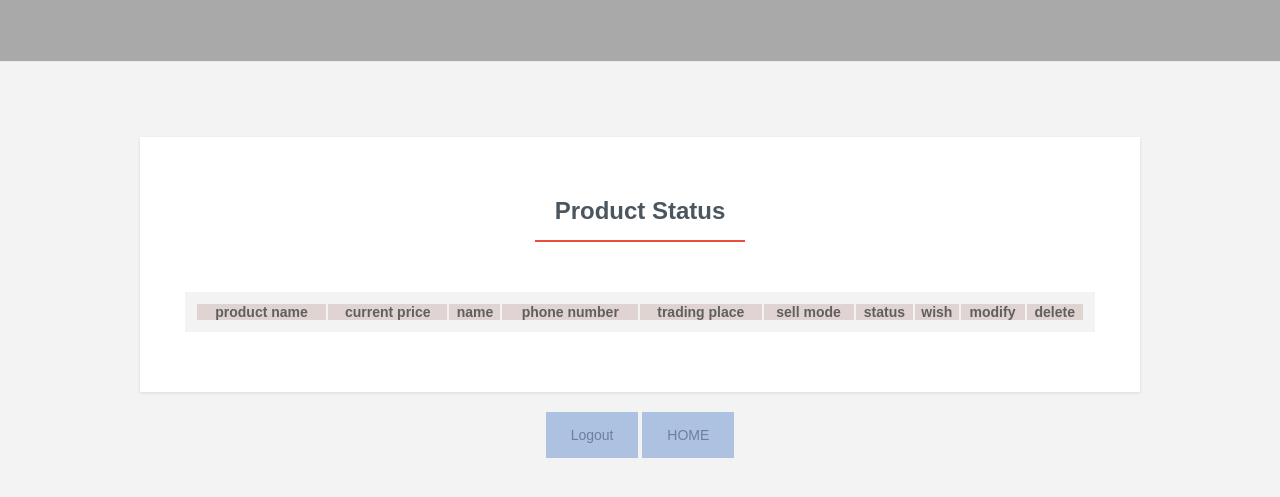
Repository: 0suh/SKKU_Web_project
Page: http://localhost/2018312257_YoungSuhChin_project/productstatus.jsp
These files come from the project's save history. The page is drawn as it stood at one moment and after the next save; the edit follows.
The browser window is 1280 px wide. The pictures show the whole page.
The page is served by Tomcat 9. Queries for data that is not in the repository find no rows.

Above is the page before, as saved 2020-12-21 15:16:10.

### FinalProject/2018312257_YoungSuhChin_project/WebContent/productstatus.jsp
<%@ page language="java" contentType="text/html; charset=utf-8"
    pageEncoding="utf-8"%>
<%@ page import="java.util.*" %>

<!DOCTYPE html>
<%@ page import = "java.sql.*" %>
<html>
<head>
<meta charset="utf-8">
<title>product status</title>
<link rel="stylesheet" href="css/main.css"> <!-- link with css file -->
<link rel="stylesheet" href="css/login-register.css"> <!-- link with css file -->
</head>
<body>
<ul>
<li></li>
</ul>

<div class="main-content">
<%
response.setContentType("text/html;charset=utf-8");
request.setCharacterEncoding("utf-8"); //set charset, encoding
Class.forName("com.mysql.cj.jdbc.Driver"); //load driver
Connection con=null; //declare connection
Statement stmt=null; //declare statement
ResultSet rs=null; //declare result

try
{
	con=DriverManager.getConnection("jdbc:mysql://localhost:3306/dbuser","root","root"); //create connection
	stmt=con.createStatement();

	String query="select productname,price,name,phonenumber,tradingplace,sellmode,status,wish from product"; //sql select query
	rs=stmt.executeQuery(query); //execute query and store in resultset object rs.
%>
   <form class="form-register" action="memberdelete.jsp" method="post"  > <!-- goto memberdelete.jsp -->

   <div class="form-register-with-ID">
   <div class="form-white-background" style="width:1000px">
     <div class="form-title-row">
    <h1>Product Status</h1>
    </div>

   <table style="color:#5f5f5f;background-color: #f3f3f3;text-align: center;padding:10px;width:100%;margin:0px auto">

   <tr style="background-color:#e0d4d3">
   <td>product name</td> <!-- table for product name -->
   <td>current price</td> <!-- table for price -->
   <td>name</td> <!-- table for name -->
   <td>phone number</td> <!-- table for phone number -->
   <td>trading place</td> <!-- table for trading place -->
   <td>sell mode</td> <!-- table for sell mode -->
   <td>status</td><!-- table for status -->
   <td>wish</td> <!-- table for the number of wish -->
   <td>modify</td> <!-- table for modify -->
   <td>delete</td> <!-- table for delete -->
   </tr>
   <%
   while(rs.next()){ //get object's field value
	   %>
	   <tr>

	   <td><%=rs.getString("productname") %></td> <!-- get product name -->
	   <td><%=rs.getString("price") %></td> <!-- get price -->
	   <td><%=rs.getString("name") %></td> <!-- get name -->
	   <td><%=rs.getString("phonenumber") %></td> <!-- get phone number -->
	   <td><%=rs.getString("tradingplace") %></td> <!-- get trading place -->
	   <td><%=rs.getString("sellmode") %></td> <!-- get sellmode -->
	   <td><%=rs.getString("status") %></td> <!-- get status -->
	   <td><%=rs.getString("wish") %></td> <!-- get the number of wish -->
	   <td><a href="modifyproduct.jsp?mod=<%=rs.getString("productname") %>" style="text-decoration: none; color:#6caee0">modify</a></td><!-- modify member -->
	   <td><a href="deleteproduct.jsp?del=<%=rs.getString("productname") %>" style="text-decoration: none; color:#6caee0">delete</a></td><!-- delete member -->
     </tr>
     <%
     } //end of the while
   %>
     </table>
     </div>
     <a href="logout.jsp" class="form-log-in-with-existing">Logout</a> <!-- log out -->

   <a href="welcomeseller.jsp" class="form-log-in-with-existing">HOME</a> <!-- return to home page -seller -->
    </div>
   </form>
   <%
   rs.close(); // ResultSet exit
   stmt.close(); // Statement exit
   con.close();  // Connection exit
}
   catch(SQLException e){
   out.println("err:"+e.toString());
   }
   %>
   </div>

</body>
</html>

### FinalProject/2018312257_YoungSuhChin_project/WebContent/css/main.css
@import url('http://fonts.googleapis.com/css?family=Open+Sans:400,700');

*{ /*entire setting*/
    margin: 0;
    padding: 0;
    box-sizing: border-box;
}

html{
	background-color: #efefef;
}

body{
	font:14px/1.5 Arial, Helvetica, sans-serif;
	margin:0;
}


ul {/*ul design (menu bar)*/
    list-style: none;
    border-bottom: 1px solid #EAEAEA;
    background-color: #A9A9A9;
    padding: 20px;
    margin-top: 0;
    text-align: center;
    margin-bottom: 75px;
}

ul a{/*ul menu bar link design*/
    text-decoration: none;
    color: #FFF;
    text-align: left;
    background-color: #bfcbde;
    padding: 10px 16px;
    border-radius: 2px;
    opacity: 0.8;
    font-size: 16px;
    display: inline-block;
    margin: 4px;
    line-height: 1;
    outline: none;

    transition: 0.2s ease;
}

ul li a.active{ /*menu hyperlink effect*/
    background-color:#bfcbde;
    pointer-events: none;
}

ul li a:hover { /*when mouse is on hyperlink*/
    opacity: 1;
}


ul li{ /*list design*/
    display: inline-block;

}


.main-content{/*main-content div design*/
    margin-bottom: 75px;
}

### FinalProject/2018312257_YoungSuhChin_project/WebContent/css/login-register.css
html{/*entire html color*/
    background-color: #f3f3f3;
}

.form-register{ /*div form-register design*/
    max-width: 1000px;
    width: 100%;
    margin: 0 auto;
    font: bold 14px sans-serif;
    text-align: center;
}

.form-register-with-ID{/*div form register ID*/
    position: relative;
    display: inline-block;
    vertical-align: top;
    margin-right: 30px;
    text-align: center;
}

.form-register-with-ID .form-white-background{/*div form white background design*/
    width: 570px;
    box-sizing: border-box;
    background-color: #ffffff;
    box-shadow: 0 1px 3px 0 rgba(0, 0, 0, 0.1);
    padding: 60px 45px;
    margin-bottom: 35px;
}

.form-register-with-ID .form-row{ /*form low design*/
    text-align: left;
    margin-bottom: 23px;
}

.form-register-with-ID .form-title-row{ /*form title row design*/
    text-align: center;
    margin-bottom: 50px;
}

.form-register-with-ID h1{ /*h1 text design in form register with ID div*/
    display: inline-block;
    box-sizing: border-box;
    color:  #4c565e;
    font-size: 24px;
    padding: 0 20px 15px;
    border-bottom: 2px solid #e74c3c;
    margin: 0;
}

.form-register-with-ID .form-row > label span{ /*label span design*/
    display: inline-block;
    box-sizing: border-box;
    color:  #5f5f5f;
    width: 125px;
    text-align: right;
    padding-right: 25px;
}
.classification-checkbox{ /*input type:check box design*/
	display: inline-block;
	box-sizing:border-box;
	width: 125px;
	text-align:center;
	color:  #5f5f5f;
}
#classification{/*id=classification design*/
	margin-right: 10px;

}
.form-register-with-ID input{/*register input blank design*/
    color:  #5f5f5f;
    box-sizing: border-box;
    width: 230px;
    box-shadow: 1px 2px 4px 0 rgba(0, 0, 0, 0.08);
    padding: 12px 18px;
    border: 1px solid #dbdbdb;
}
.form-register-with-ID button{/*register ID button*/
    display: block;
    border-radius: 2px;
    background-color:  #6caee0;
    color: #ffffff;
    font-weight: bold;
    box-shadow: 1px 2px 4px 0 rgba(0, 0, 0, 0.08);
    padding: 15px 35px;
    border: 0;
    margin: 55px auto 0;
    cursor: pointer;
}

.form-register-with-ID .form-log-in-with-existing{/*form log in with existing-div design*/
    text-decoration: none;
    padding: 15px 25px;
    font-weight: normal;
    color: #6d7f9c;
    background-color: #adc1e0;
}

After the next save:
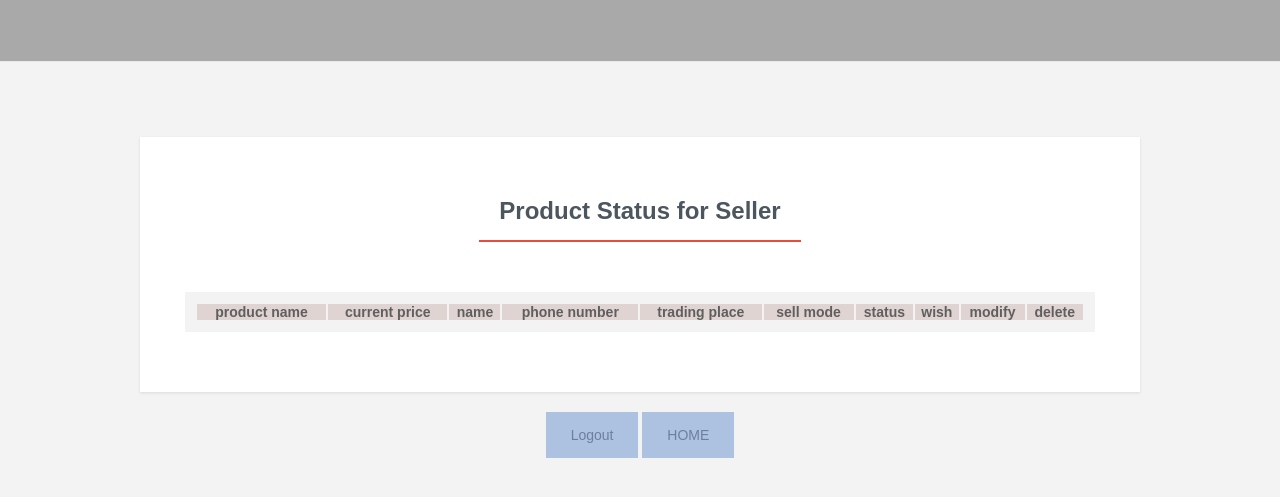
Saved 2 min 20 s later.
--- a/FinalProject/2018312257_YoungSuhChin_project/WebContent/productstatus.jsp
+++ b/FinalProject/2018312257_YoungSuhChin_project/WebContent/productstatus.jsp
@@ -38,7 +38,7 @@ try
    <div class="form-register-with-ID">
    <div class="form-white-background" style="width:1000px">
      <div class="form-title-row">
-    <h1>Product Status</h1>
+    <h1>Product Status for Seller</h1>
     </div>
 
    <table style="color:#5f5f5f;background-color: #f3f3f3;text-align: center;padding:10px;width:100%;margin:0px auto">
